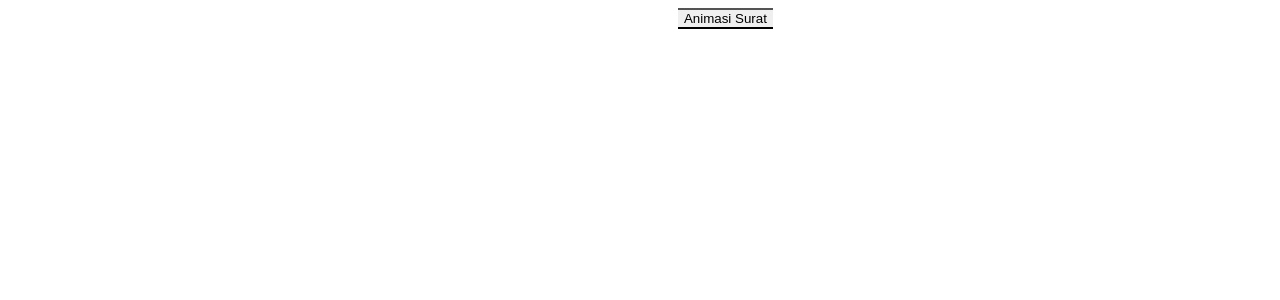
Repository: Irantsitumorang/projectRepo1
Page: BelajarJS/LatihanHTML/WebContent/suratj.html
The author's editor kept a copy of each file at every save. The page is drawn from the files as they stood at one save, then again after the next save.
The browser window is 1280 px wide. The pictures show the whole page.

Above is the page before, as saved 2021-07-01 10:42:18.

### BelajarJS/LatihanHTML/WebContent/suratj.html
<!DOCTYPE html>
<html>
<head>
	<meta charset="UTF-8">
    <meta http-equiv="X-UA-Compatible" content="IE=edge">
    <meta name="viewport" content="width=device-width, initial-scale=1.0">
    <script src="https://ajax.googleapis.com/ajax/libs/jquery/3.5.1/jquery.min.js"></script>
    <title>Document</title>

    <style>

	#bg{
	margin-left: 53%;
	border-left: 20px;
	border-right: 20px;
	}

    #surat1 {
    width: 0;
    height: 0;

    border-left: 70px solid transparent;
	border-right: 70px solid transparent;
	border-bottom: 70px solid red;
    }

    #surat2 {
    width: 0;
    height: 0;

    border-left: 70px solid transparent;
	border-right: 70px solid transparent;
	border-top: 70px solid red;
    }

     #surat3 {
    width: 0;
    height: 0;

    border-left: 70px solid transparent;
	border-right: 70px solid transparent;
	border-top: 70px solid red;
    }

   #kumpulan {
	margin-left: 50%;
   }

</style>
<script>

$(document).ready(function(){

  $("button").click(function(){

    $("#surat1").fadeIn(4000);
    $("#surat2").fadeIn(7000);
    $("#surat3").fadeIn(9000);

  });
});

</script>
</head>
<body>

<button id="bg">Animasi Surat</button><br><br>

<div id="kumpulan">
<div id="surat1" style="display:none; background-color:yellow;"></div><br>
<div id="surat2" style="display:none; background-color:orange;"></div><br>
<div id="surat3" style="display:none; background-color:blue;"></div>
</div>

</body>
</html>

After the next save:
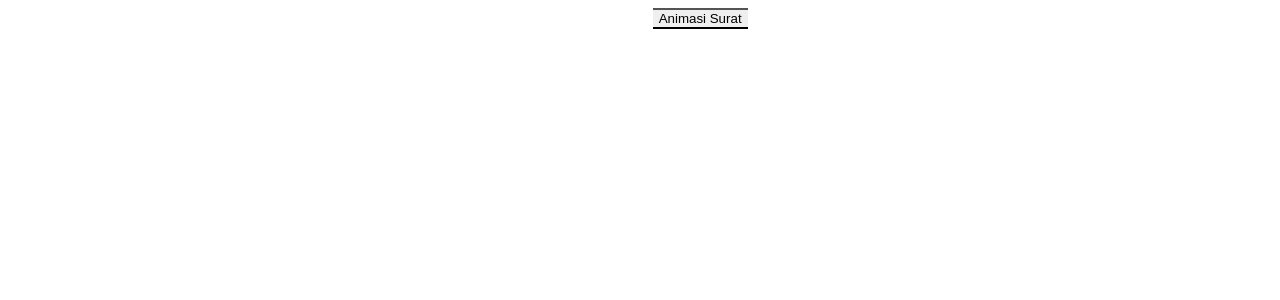
Saved 11 s later.
--- a/BelajarJS/LatihanHTML/WebContent/suratj.html
+++ b/BelajarJS/LatihanHTML/WebContent/suratj.html
@@ -10,7 +10,7 @@
     <style>
 
 	#bg{
-	margin-left: 53%;
+	margin-left: 51%;
 	border-left: 20px;
 	border-right: 20px;
 	}
